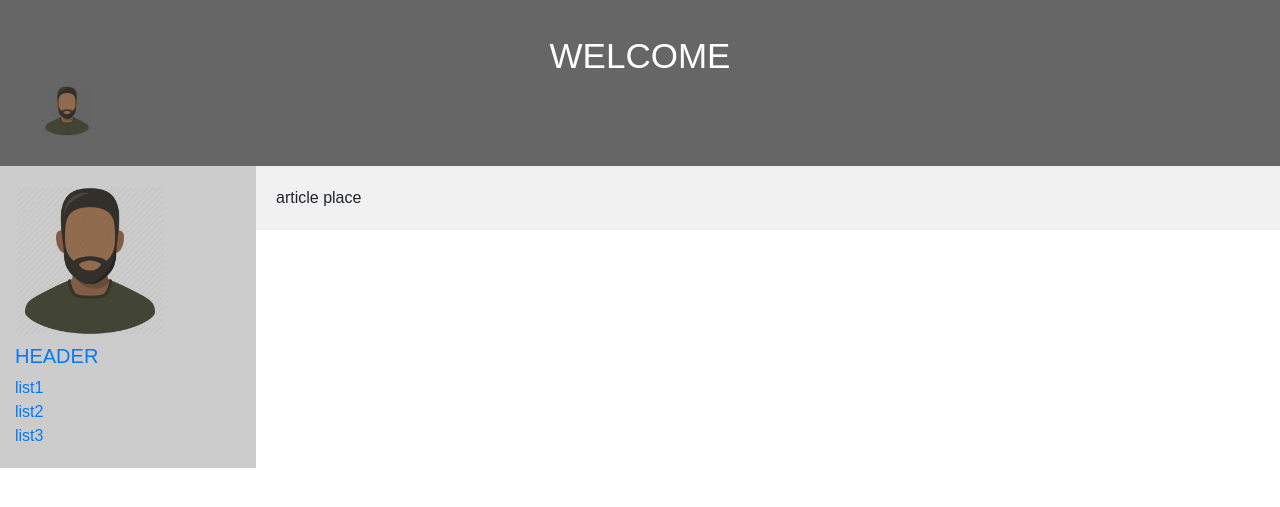
Repository: idrice24/IDRICE24-DASHBOARD
Page: html/header.html
An editor plug-in stored every save of this project. The page is shown before and after the next save, followed by the edit.
The browser window is 1280 px wide. The pictures show the whole page.

Above is the page before, as saved 2020-09-03 23:45:28.

### html/header.html
<!DOCTYPE html>
<html lang="en">

<head>
    <meta charset="UTF-8">
    <meta name="viewport" content="width=device-width, initial-scale=1.0">
    <meta http-equiv="X-UA-Compatible" content="ie=edge">
    <title>Document</title>
    <link rel="stylesheet" href="../vendor/bootstrap-4.1/bootstrap.min.css">
    <link rel="stylesheet" href="../vendor/font-awesome-4.7/css/font-awesome.min.css">
    <link rel="stylesheet" href="../vendor/idrice24folder/idrice24.css">
</head>

<body>
    <header>WELCOME
        <div class="row">
            <div class="col-md-1" style="display:inline-block">
                <a href="../imgs/login2.PNG" class="thumbnail" style="display:inline-block">
                    <img src="../imgs/login2.PNG" alt="Pulpit Rock" style="width:50px;height:50px;display:inline-block">
                </a>
            </div>
        </div>
    </header>
    <section>
        <nav class="nav nav-pills nav-stacked">
            <div class="container-fluid">
                <div class="row">
                    <div class="col-md-4">
                        <a href="../imgs/login2.PNG" class="thumbnail">
                            <img src="../imgs/login2.PNG" alt="Pulpit Rock" style="width:150px;height:150px">
                        </a>
                    </div>
                </div>
                <div class="navbar-header">
                    <a class="navbar-brand" href="#">HEADER</a>
                </div>

                <ul class="nav navbar-nav">
                    <li class="active"><a href="#">list1</a></li>
                    <li><a href="#">list2</a></li>
                    <li><a href="#">list3</a></li>
                </ul>
        </nav>








        <article>article place</article>
    </section>

</body>

</html>

### vendor/idrice24folder/idrice24.css
                                * {
                                box-sizing: border-box;
                            }

                            body {
                                font-family: Arial, Helvetica, sans-serif;
                            }

                            h1,
                            h2,
                            h3 {
                                background-color: blueviolet;
                            }

                            header {
                                background-color: #666;
                                padding: 30px;
                                text-align: center;
                                font-size: 35px;
                                color: white;
                            }
                            /* Clear floats after the columns */

                            section:after {
                                content: "";
                                display: table;
                                clear: both;
                            }

                            article {
                                float: left;
                                padding: 20px;
                                width: 80%;
                                background-color: #f1f1f1;
                                height: 100%;
                                /* only for demonstration, should be removed */
                            }
                            /* Create two columns/boxes that floats next to each other */

                            nav {
                                float: left;
                                width: 20%;
                                height: auto;
                                background: #ccc;
                                padding: 20px;
                            }
                            /* Style the footer */

                            footer {
                                background-color: #777;
                                padding: 10px;
                                text-align: center;
                                color: white;
                            }
                            /* Responsive layout - makes the two columns/boxes stack on top of each other instead of next to each other, on small screens */

                            @media (max-width: 600px) {
                                nav,
                                article {
                                    width: 100%;
                                    height: auto;
                                }

Loaded but not shown: vendor/bootstrap-4.1/bootstrap.min.css (library); vendor/font-awesome-4.7/css/font-awesome.min.css (library)

After the next save:
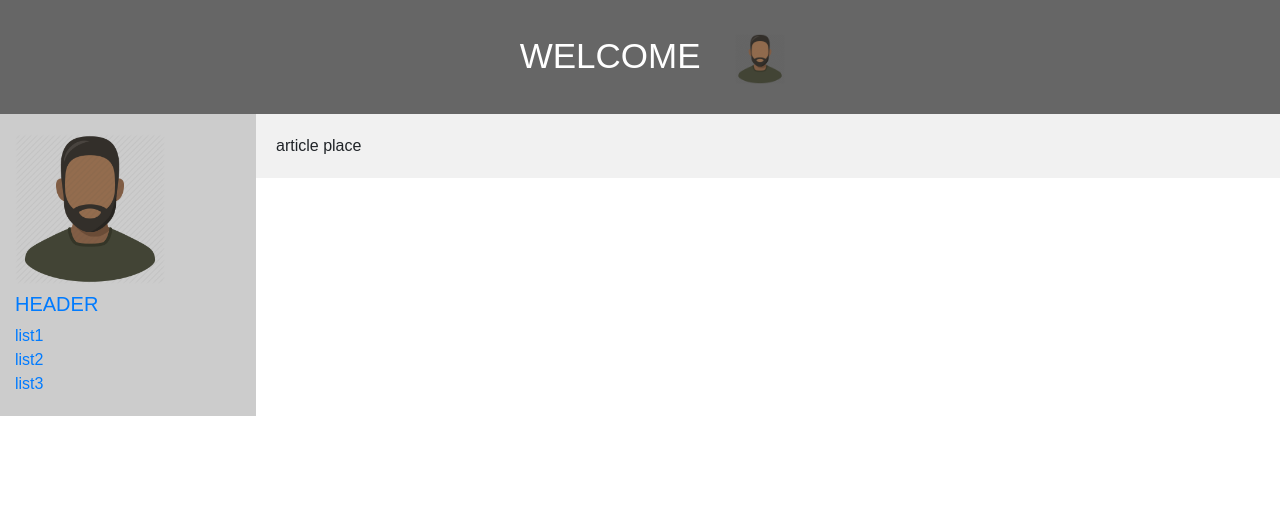
Saved 17 s later.
--- a/html/header.html
+++ b/html/header.html
@@ -13,7 +13,7 @@
 
 <body>
     <header>WELCOME
-        <div class="row">
+        <div class="row" style="display:inline-block">
             <div class="col-md-1" style="display:inline-block">
                 <a href="../imgs/login2.PNG" class="thumbnail" style="display:inline-block">
                     <img src="../imgs/login2.PNG" alt="Pulpit Rock" style="width:50px;height:50px;display:inline-block">
